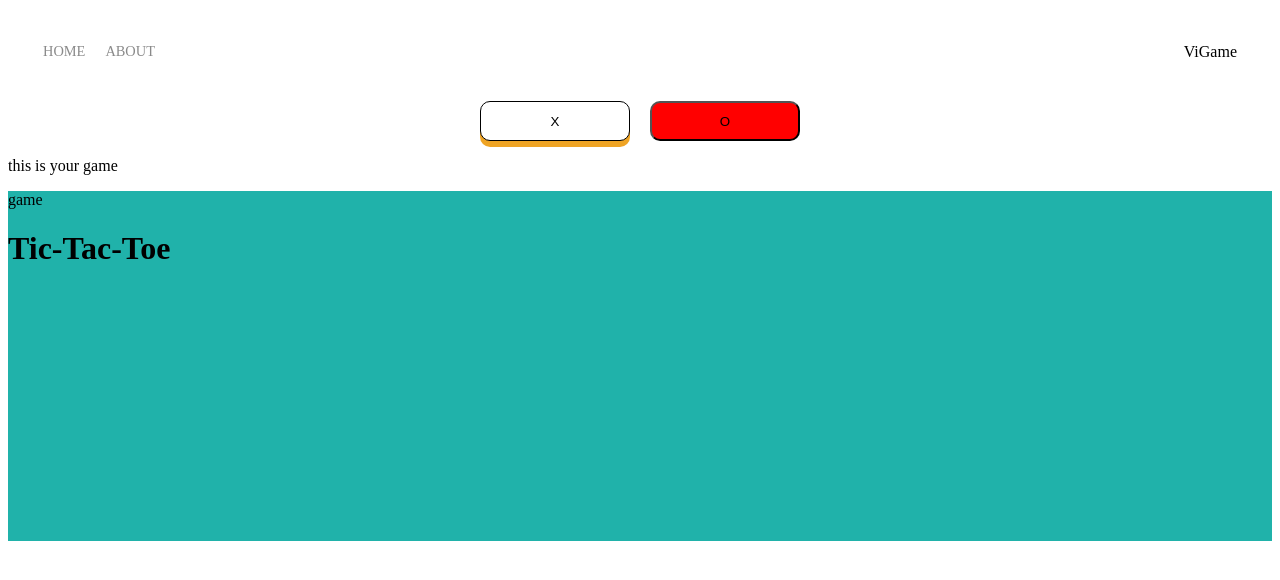
Repository: vahid242/viGame
Page: http://localhost/tic-tac-toe
The author's editor kept a record of every edit. The page is drawn from the files as they stood at one moment, then again after the next edit.
The browser window is 1280 px wide. The pictures show the whole page.
The page is served by the project's Node server (v1/app.js).

Above is the page before.

After the next edit:
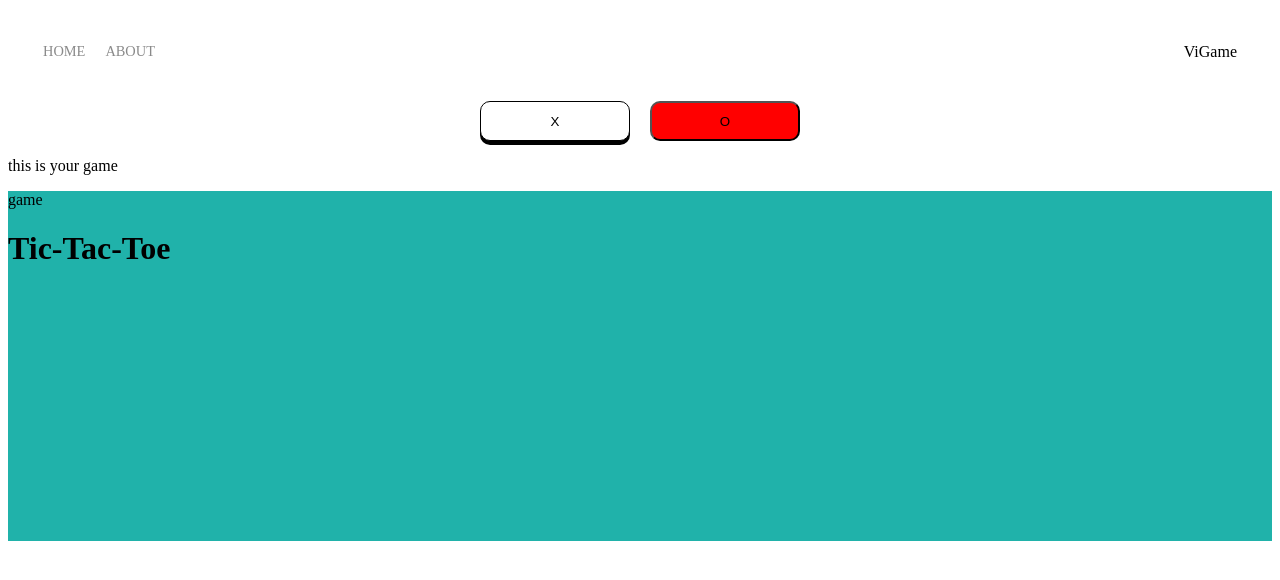
The edit:
--- a/v1/public/stylesheets/tic.css
+++ b/v1/public/stylesheets/tic.css
@@ -54,7 +54,7 @@
     height: 40px;
     border-radius: 10px;
     margin: 0 10px;
-    box-shadow: 0 6px #efa424;
+    box-shadow: 0 4px black;
 }
 #xChose:hover {
 	box-shadow: 0 4px black;
